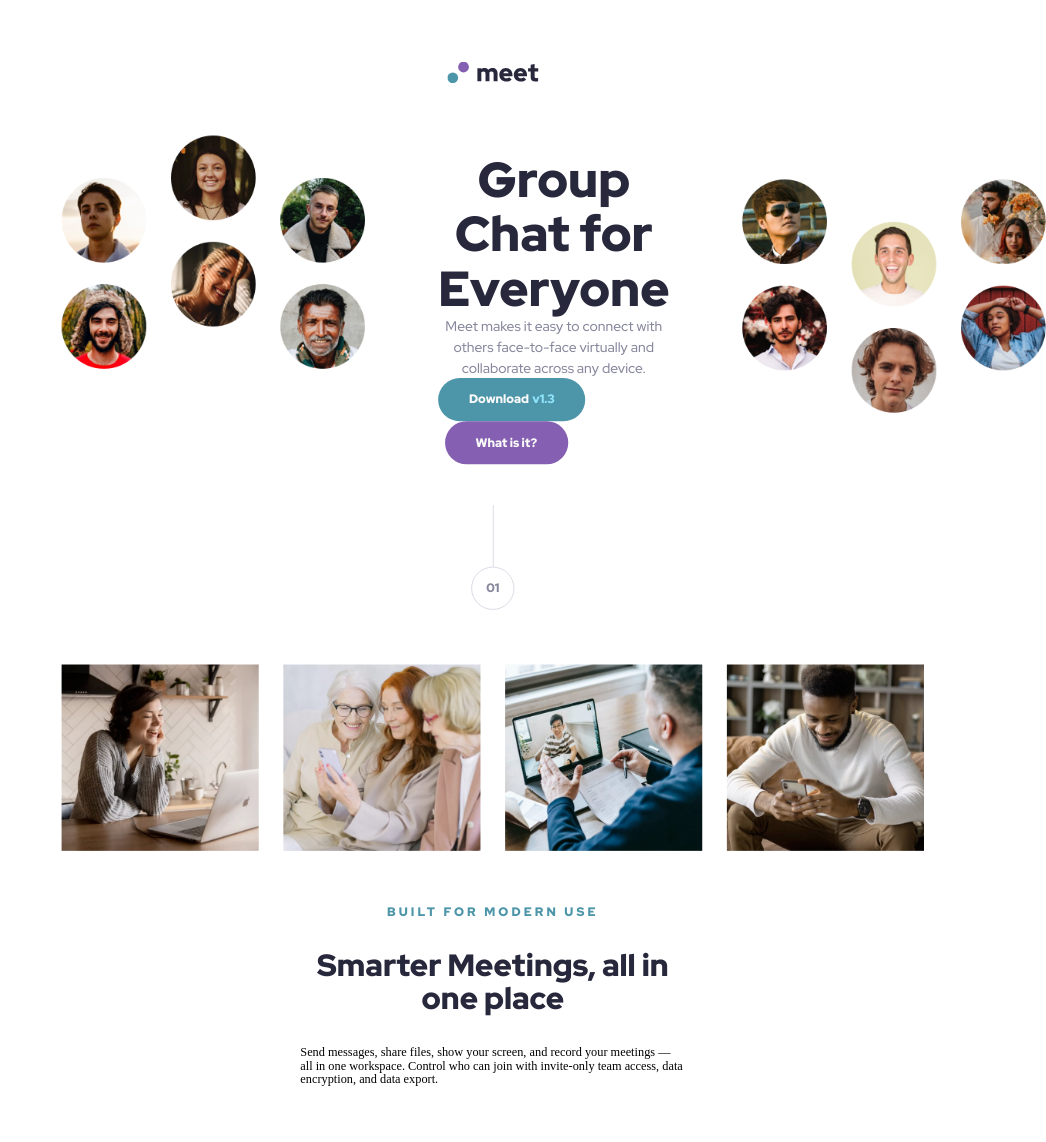
Repository: brandontaylor1/meet-landing-page
Page: index.html
An editor plug-in stored every save of this project. The page is shown before and after the next save, followed by the edit.
The browser window is 1280 px wide. The page is 1358 px wide, so the pictures cover 1358 px, including what lies to the right of the window. The pictures show the whole page, at 77% of full size.

Above is the page before, as saved 2025-01-11 22:04:13.

After the next save:
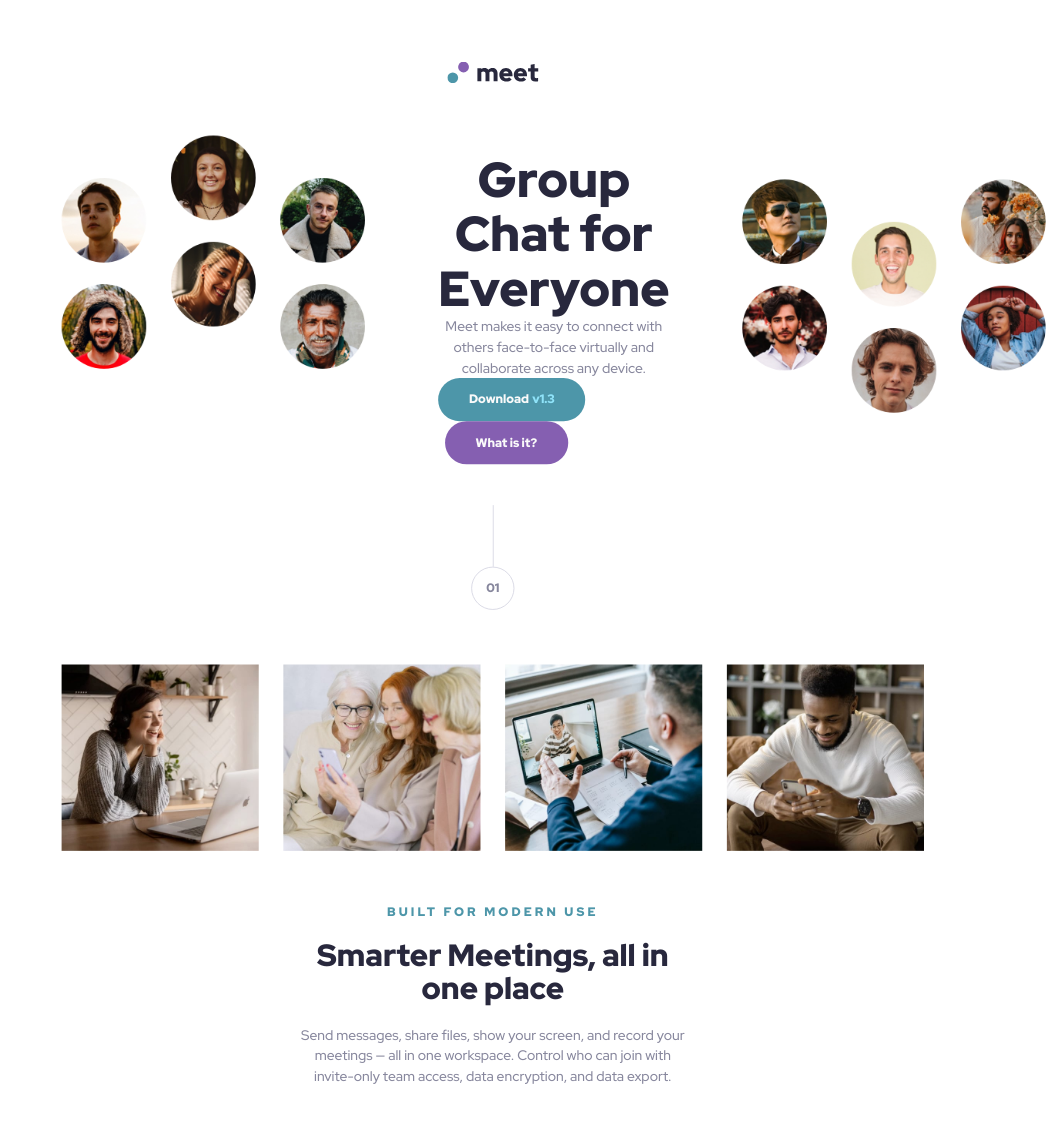
Saved 72 s later.
--- a/styles.css
+++ b/styles.css
@@ -192,3 +192,13 @@
     text-align: center;
     color: var(--color-darkslate);
 }
+
+.text-container p {
+    font-family: "Red Hat Display", sans-serif;
+    font-size: 18px;
+    font-style: normal;
+    font-weight: 500;
+    line-height: 150%;
+    text-align: center;
+    color: var(--color-slate)
+}
